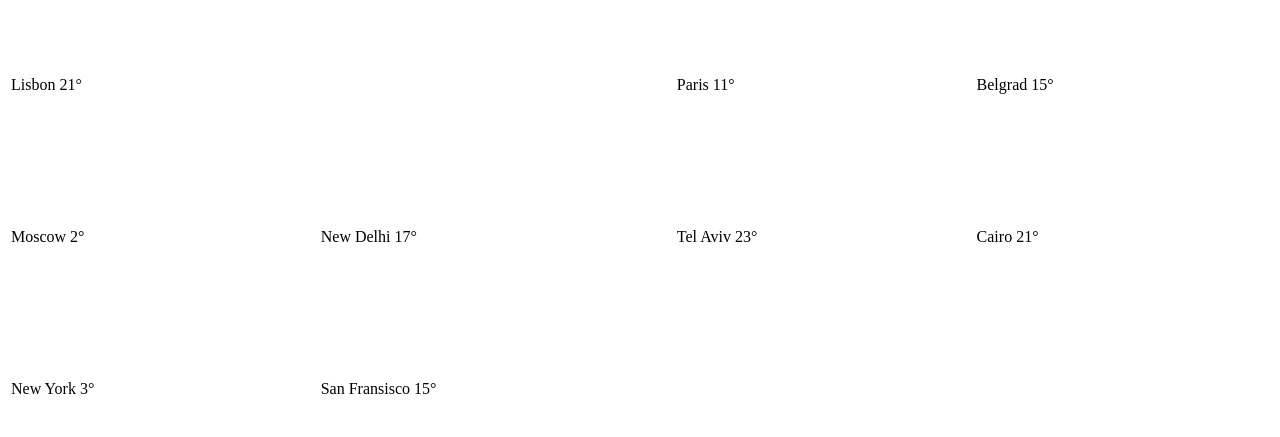
Repository: aysedo/html
Page: Week_2/index.html
An editor plug-in stored every save of this project. The page is shown before and after the next save, followed by the edit.
The browser window is 1280 px wide. The pictures show the whole page.

Above is the page before, as saved 2021-08-24 14:34:18.

After the next save:
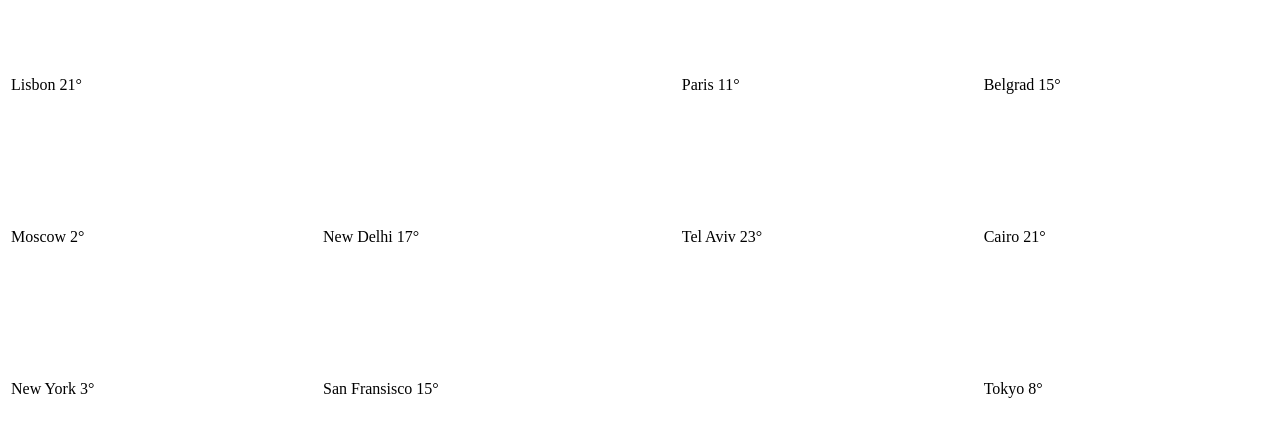
Saved 33 s later.
--- a/Week_2/index.html
+++ b/Week_2/index.html
@@ -22,8 +22,7 @@
       <tr height="150">
         <td> New York 3°</td>
         <td colspan="2"> San Fransisco 15° </td>
-        <td></td>
-        <td></td>
+        <td> Tokyo 8° </td>
       </tr>
     </table>
   </body>
